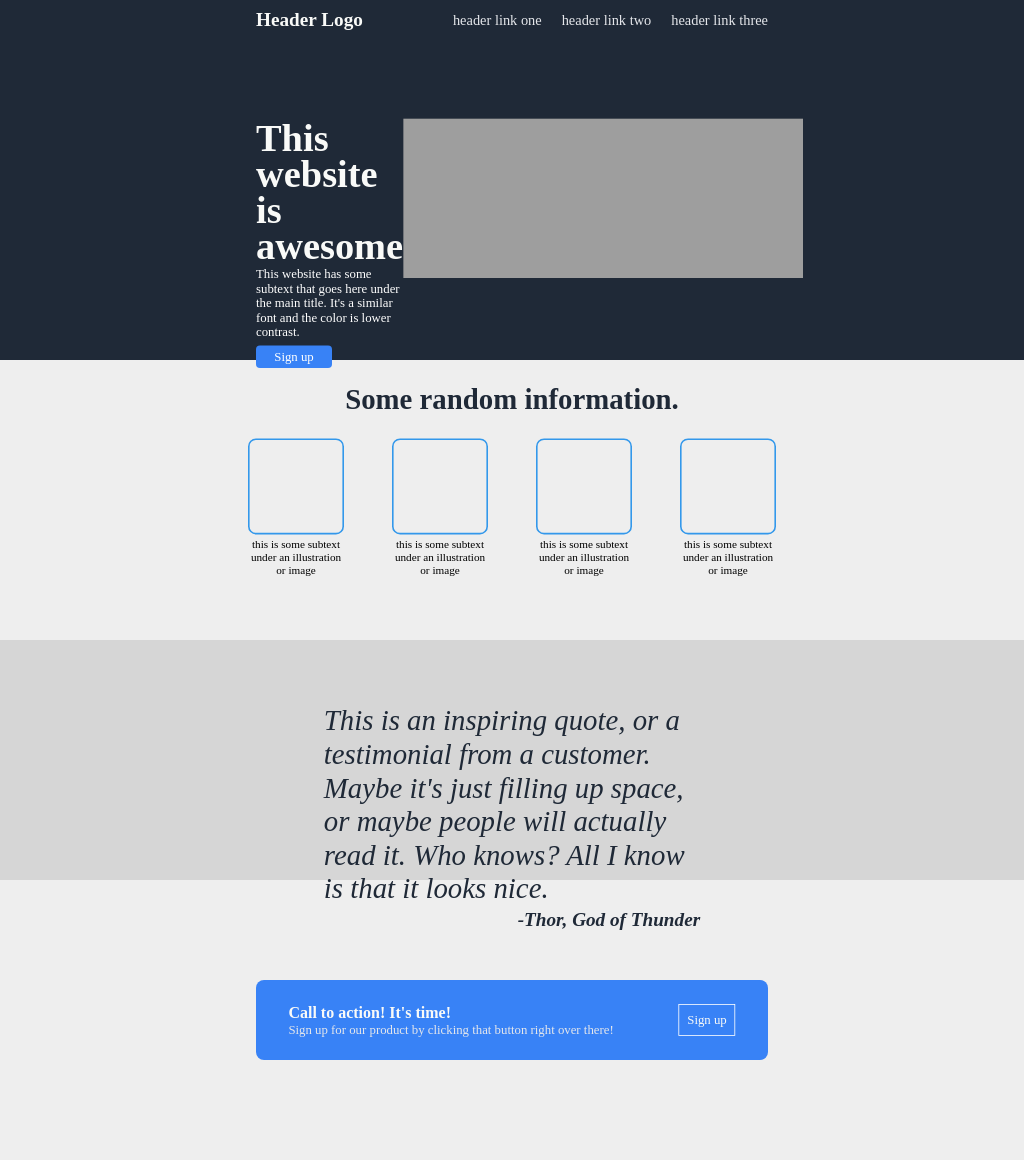
Repository: Pafestivo/Dummy-Landing-Page
Page: index.html
An editor plug-in stored every save of this project. The page is shown before and after a run of saves, followed by the edit.
The browser window is 1280 px wide. The pictures show the whole page, at 80% of full size.
Pictures or frames that could not be fetched are drawn as grey boxes.

Above is the page before, as saved 2022-09-26 19:41:26.

### index.html
<!DOCTYPE html>
<html lang="en">
<head>
    <meta charset="UTF-8">
    <meta name="viewport" content="width=device-width, initial-scale=1.0">
    <link rel="stylesheet" href="styles.css">
    <title>Landing Page</title>
</head>
<body>
    <header>
        <div class="container">
            <h1>Header Logo</h1>
            <nav>
                <a href="#">header link one</a>
                <a href="#">header link two</a>
                <a href="#">header link three</a>
            </nav>
        </div> <!-- /container-->
    </header>
    <main>
        <section class="first">
            <div class="container">

                <div class="right">
                    <h1>This website is awesome</h1>
                    <p>This website has some subtext that goes here under the main title. It's a similar font and the color is lower contrast.</p>
                    <a href="#">Sign up</a>
                </div> <!-- /right -->

                <div class="left">
                    <img src="images/office.jpg" alt="Office desk photo" />
                </div> <!-- /left -->

            </div> <!-- /container-->
        </section> <!-- /first -->

        <section class="second">
            <div class="container">

                <h1>Some random information.</h1>
                <div class="boxes">
                    <div class="info">
                        <div class="box"></div>
                        <div class="box-info">
                            <p>this is some subtext under an illustration or image</p>
                        </div> <!-- /box-info -->
                    </div> <!-- /info -->

                    <div class="info">
                        <div class="box"></div>
                        <div class="box-info">
                            <p>this is some subtext under an illustration or image</p>
                        </div> <!-- /box-info -->
                    </div> <!-- /info -->

                    <div class="info">
                        <div class="box"></div>
                        <div class="box-info">
                            <p>this is some subtext under an illustration or image</p>
                        </div> <!-- /box-info -->
                    </div> <!-- /info -->

                    <div class="info">
                        <div class="box"></div>
                        <div class="box-info">
                            <p>this is some subtext under an illustration or image</p>
                        </div> <!-- /box-info -->
                    </div> <!-- /info -->

                </div> <!-- /boxes-->
            </div> <!-- /container-->
        </section> <!-- /second -->

        <section class="third">
            <div class="container">
                <p>This is an inspiring quote, or a testimonial from a customer. Maybe it's just filling up space, or maybe people will actually read it. Who knows? All I know is that it looks nice.</p>
                <p class="quote-owner">-Thor, God of Thunder</p>
            </div> <!-- /container-->
        </section> <!-- /third -->

        <section class="fourth">
            <div class="container">
                <div class="coa">
                    <div class="side">
                        <h1>Call to action! It's time!</h1>
                        <p>Sign up for our product by clicking that button right over there!</p>
                    </div> <!-- /right -->
                    <a href="#">Sign up</a>
                </div>
            </div> <!-- /container-->
        </section> <!-- /fourth -->

        <footer>

        </footer>
    </main>
</body>
</html>

### styles.css
* {
  padding: 0;
  margin: 0;
  box-sizing: border-box;
}

body {
  font-family: serif;
  background-color: #eee;
}

.container {
  width: 50vw;
  margin: 0 auto;
}

a {
  text-decoration: none;
  color: inherit;
}

/* header bar */
header {
  display: flex;
  align-items: center;
  background-color: #1F2937;
  color: #fff;
  height: 50px;
}

header h1 {
  font-size: 24px;
  color: #F9FAF8;
}

header .container {
  display: flex;
  justify-content: space-between;
}

header nav {
  display: flex;
  align-items: center;
  gap: 25px;
}

header a {
  font-size: 18px;
  color: #E5E7EB;
}
/* End header bar  */

/* First section  */
.first {
  background-color: #1F2937;
  height: 400px;
  color: #fff;
}

.first .container {
  display: flex;
  align-items: center;
  justify-content: space-between;
  height: 100%;
}

.right {
  display: flex;
  flex-direction: column;
  gap: 4px;
  height: 200px;
  width: 40%;
}

.right h1 {
  font-size: 48px;
  font-weight: extra-bold;
  color: #F9FAF8;
  line-height: 45px;
}

right p {
  font-size: 18px;
  color: #E5E7EB;
}

.first img {
  width: 500px;
  height: 200px;
}

.first a {
  background-color: #3882F6;
  width: 95px;
  padding: 5px;
  border-radius: 5px;
  margin-top: 4px;
  text-align: center;

}
/* End first section  */

/* Second section */
.second {
  height: 350px;
}

.second h1 {
  text-align: center;
  font-size: 36px;
  font-weight: extra-bold;
  color: #1F2937;
  padding: 28px 0 28px 0;
}

.boxes {
  display: flex;
  justify-content: center;
  gap: 60px;
}

.box {
  width: 120px;
  height: 120px;
  border: 2px solid hsl(207, 82%, 56%);
  border-radius: 10px;
}

.box-info {
  margin-top: 5px;
  width: 120px;
  font-size: 14px;
  text-align: center;
}
/* End second section  */

/* Third section  */
.third {
  background-color: #d6d6d6;
  height: 300px;
  padding: 80px;
}

.third .container {
  display: flex;
  width: 42%;
  flex-direction: column;
}

.third p {
  font-size: 36px;
  font-style: italic;
  color: #1F2937;
}

.third .quote-owner {
  font-size: 24px;
  align-self: flex-end;
  font-style: none;
  font-weight: bold;
  margin-top: 5px;
}
/* End third section  */

/* Fourth section */
.fourth {
  height: 350px;
  display: flex;
  align-items: center;
}

.coa {
  display: flex;
  justify-content: space-around;
  align-items: center;
  width: 100%;
  height: 100px;
  border-radius: 10px;
  background-color: #3882F6;
}

.coa h1 {
  font-size: 20px;
  color: #F9FAF8;
}

.coa p {
  color: #E5E7EB;
}

.coa a {
  padding: 10px;
  color: #F9FAF8;
  border: 1px solid #fff;
}
/* End fourth section */

After the next 2 saves:
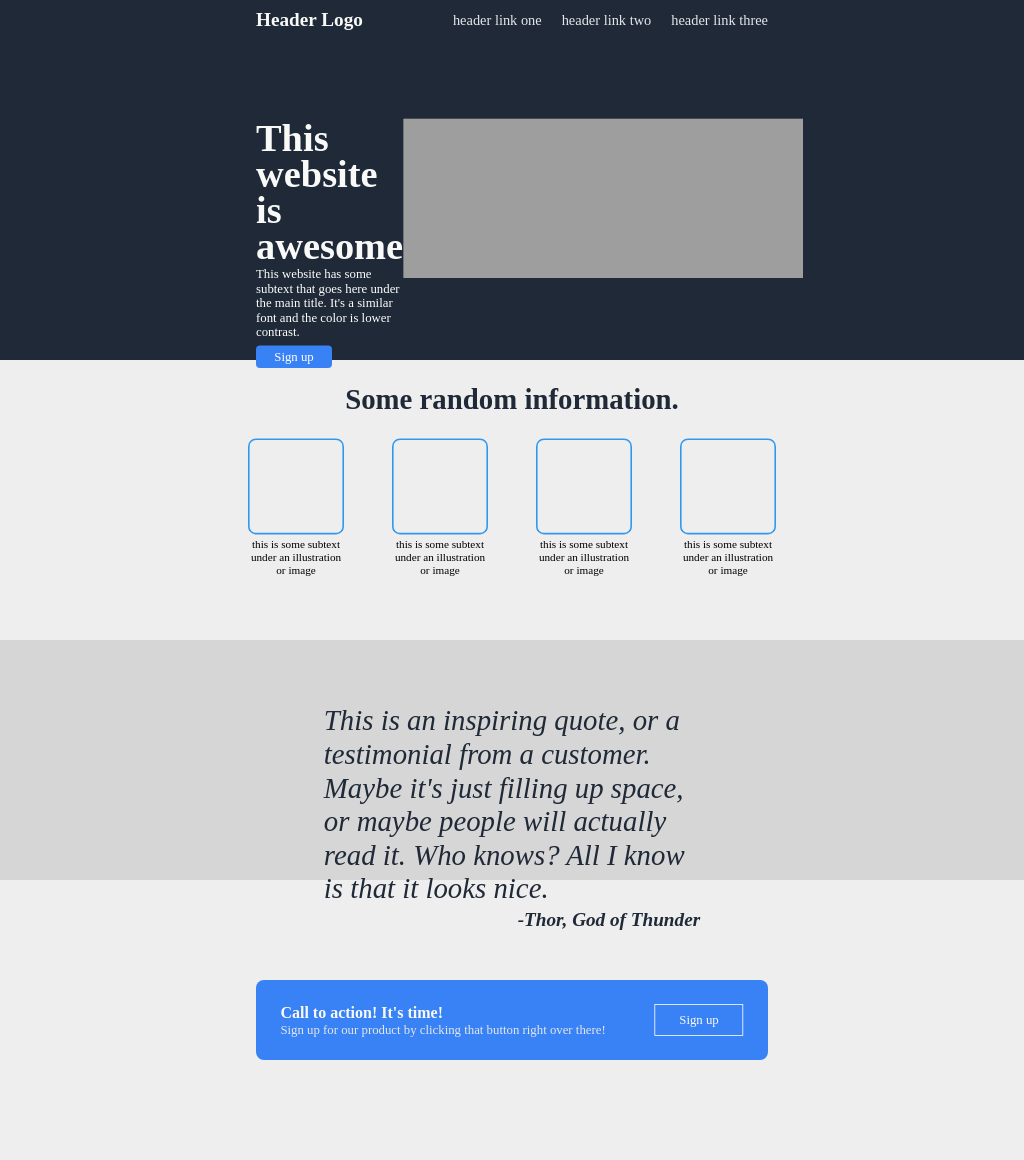
The 2 saves are shown as one change because they came seconds apart.
The last was saved 20 s later.
--- a/styles.css
+++ b/styles.css
@@ -189,7 +189,7 @@ right p {
 }
 
 .coa a {
-  padding: 10px;
+  padding: 10px 30px;
   color: #F9FAF8;
   border: 1px solid #fff;
 }
